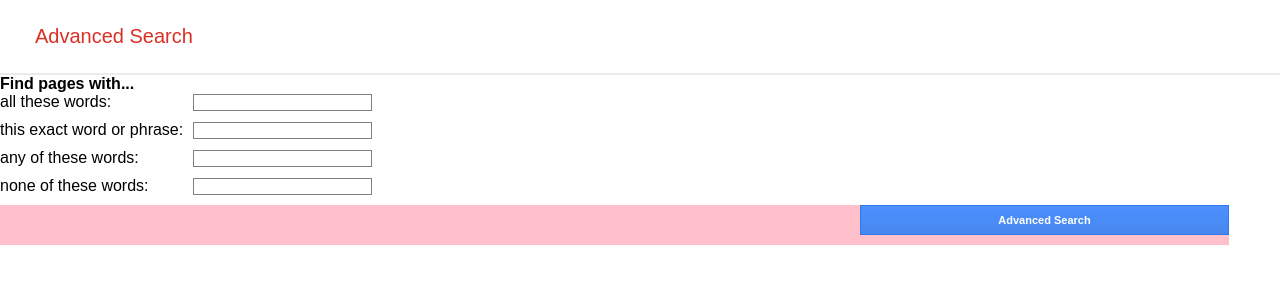
Repository: etentuk/search
Page: advanced_search.html
The author's editor kept a copy of each file at every save. The page is drawn from the files as they stood at one save, then again after the next save.
The browser window is 1280 px wide. The pictures show the whole page.

Above is the page before, as saved 2021-11-05 00:21:13.

### advanced_search.html
<!DOCTYPE html>
<html lang="en">

<head>
    <title>Advanced Search</title>
    <link rel="stylesheet" href="styles.css">
</head>

<body>
    <div id="title">
        Advanced Search
    </div>
    <hr class="solid" style="border:1px solid #ebebeb;">
    <h4>Find pages with...</h4>
    <div id="form">
        <form action="https://google.com/search" class="form-example">
            <div style="display: table-row;">
                <div class="form-example">
                    <label for="as_q">all these words: </label>
                    <input type="text" id="as_q" name="as_q">
                </div>
                <div class="form-example">
                    <label for="as_epq">this exact word or phrase: </label>
                    <input type="text" id="as_epq" name="as_epq">
                </div>
                <div class="form-example">
                    <label for="as_oq">any of these words: </label>
                    <input type="text" id="as_oq" name="as_oq">
                </div>
                <div class="form-example">
                    <label for="as_eq">none of these words: </label>
                    <input type="text" id="as_eq" name="as_eq">
                </div>
                <div id="submit">
                    <input type="submit" value="Advanced Search">
                </div>
        </form>
    </div>
</body>

</html>

### styles.css
* {
  margin: 0;
  padding: 0;
  box-sizing: border-box;
  font-family: Arial, sans-serif;
}

form.form-example {
  display: table;
}

div.form-example {
  display: table-row;
}

label,
input {
  display: table-cell;
  margin-bottom: 10px;
}

label {
  padding-right: 10px;
}

#title {
  color: #d93025;
  font-size: 20px;
  margin: 25px 35px;
}

#container {
  font-family: Arial, Helvetica, sans-serif;
  min-height: 100vh;
  padding: 60px;
}

#container .horizontalLine {
  padding: 0;
  margin: 0;
}

#container h4 {
  padding: 3rem 0 1rem 0;
  /* color: #fff; */
}

#form {
    max-width: 1140
px
;
    min-width: 200
px
;
    width: 96%;
    margin: 40
px
 2% 0 45
px
;
}

.form-example {
  width: 100%;
  display: block;
  clear: both;
}

.form-example input {
  /* background-color: rgba(0, 0, 0, 0.8);
  width: 100%;
  border-radius: 2px; */
  border: 1px solid grey;
}

#submit {
  text-align: right;
  background-color: pink;
  width: 100%;
}

#submit input {
  border: 1px solid #3079ed;
  box-shadow: none;
  font-size: 11px;
  font-weight: bold;
  color: #fff;
  padding: 8px 12px;
  width: 30%;
  background-color: #4d90fe;
  background-image: -webkit-linear-gradient(top, #4d90fe, #4787ed);
}

After the next save:
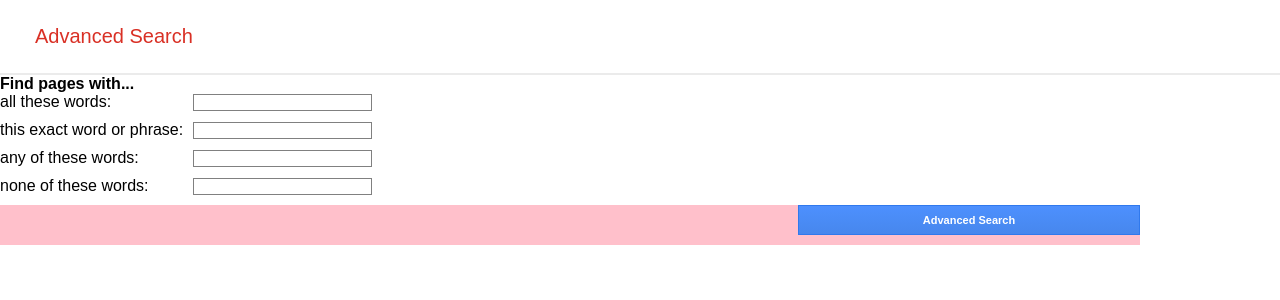
Saved 8 s later.
--- a/styles.css
+++ b/styles.css
@@ -46,8 +46,7 @@ label {
 }
 
 #form {
-    max-width: 1140
-px
+    max-width: 1140px
 ;
     min-width: 200
 px
